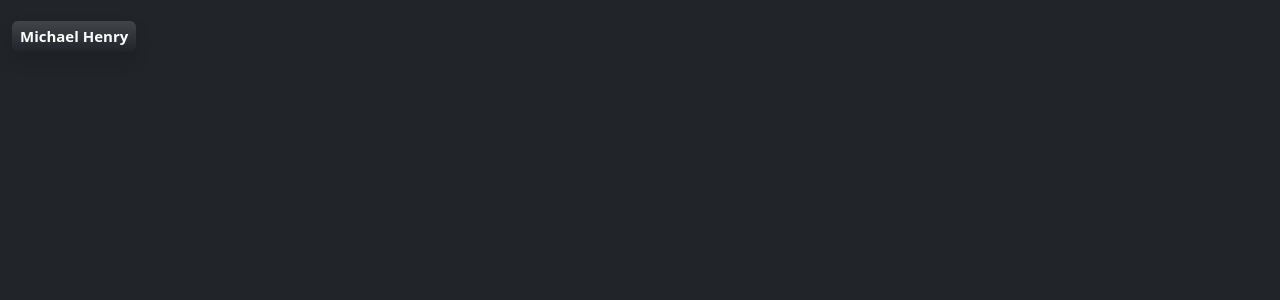
Repository: kenyi-mic/Portfolio_bootstrap
Page: index.html
These files come from the project's save history. The page is drawn as it stood at one moment and after the next save; the edit follows.
The browser window is 1280 px wide. The pictures show the whole page.

Above is the page before, as saved 2022-11-25 13:08:44.

After the next save:
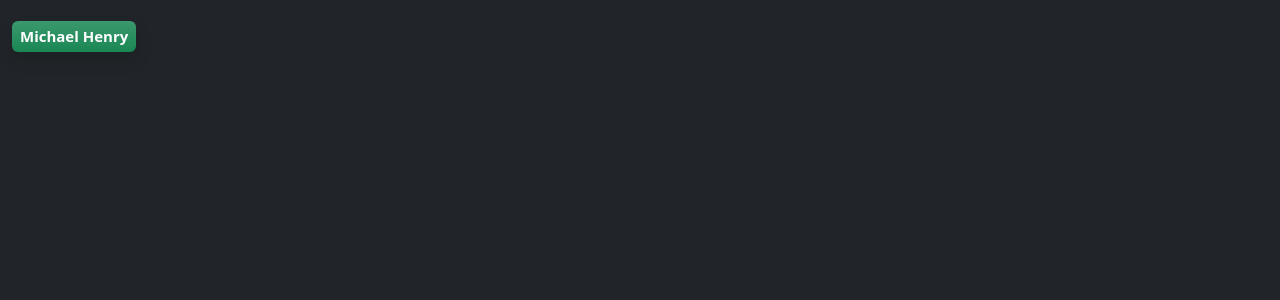
Saved 20 s later.
--- a/index.html
+++ b/index.html
@@ -17,7 +17,7 @@
     <!---Navigation--->
     <nav class="navbar navbar-expand-md navbar-dark fixed-top">
         <div class="container-fluid">
-            <a href="" class="navbar-brand"><span class="badge bg-sucess bg-gradient p-2 my-2 shadow">Michael
+            <a href="" class="navbar-brand"><span class="badge bg-success bg-gradient p-2 my-2 shadow">Michael
                     Henry</span></a>
             <button class="navbar-toggler" type="button" data-bs-toggle="collapse" data-bs-target="#navbarMain">
                 <span class="navbar-toggler-icon"></span></button>

After the save that followed:
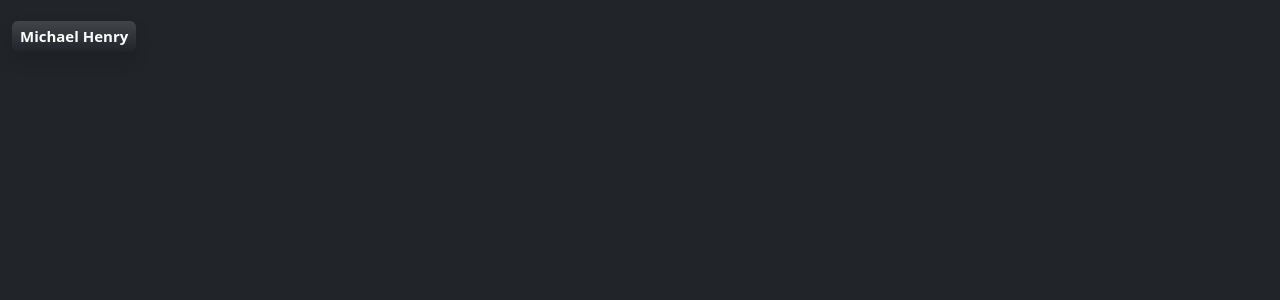
Saved 40 s later.
--- a/index.html
+++ b/index.html
@@ -17,7 +17,7 @@
     <!---Navigation--->
     <nav class="navbar navbar-expand-md navbar-dark fixed-top">
         <div class="container-fluid">
-            <a href="" class="navbar-brand"><span class="badge bg-success bg-gradient p-2 my-2 shadow">Michael
+            <a href="" class="navbar-brand"><span class="badge bg-transparent bg-gradient p-2 my-2 shadow">Michael
                     Henry</span></a>
             <button class="navbar-toggler" type="button" data-bs-toggle="collapse" data-bs-target="#navbarMain">
                 <span class="navbar-toggler-icon"></span></button>
